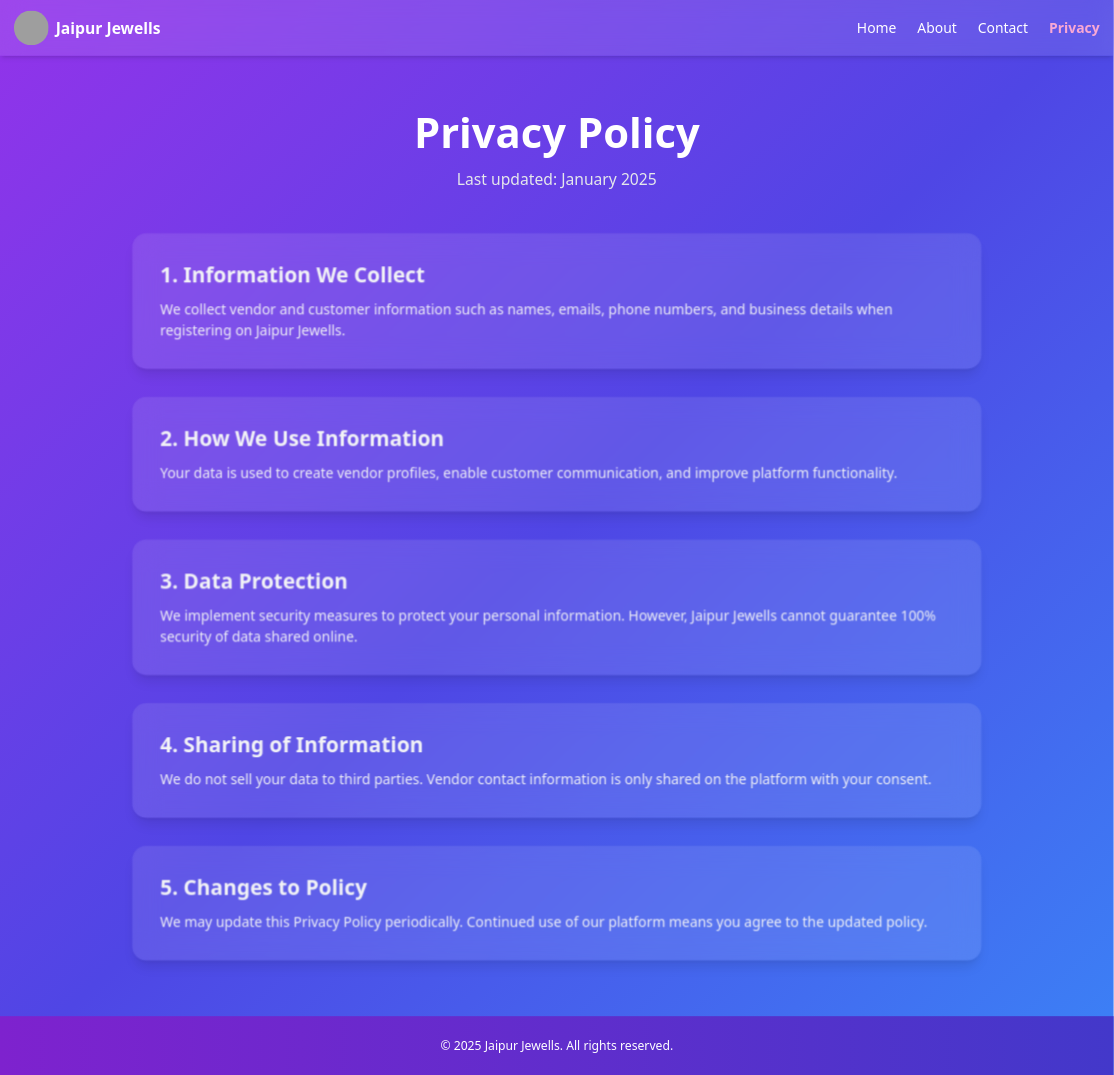
Repository: aayushtailor/VendorConnect
Page: privacy.html
These files come from the project's save history. The page is drawn as it stood at one moment and after the next save; the edit follows.
The browser window is 1280 px wide. The pictures show the whole page, at 87% of full size.
Pictures or frames that could not be fetched are drawn as grey boxes. Some web libraries are served in a nearby version.

Above is the page before, as saved 2025-09-20 11:56:36.

After the next save:
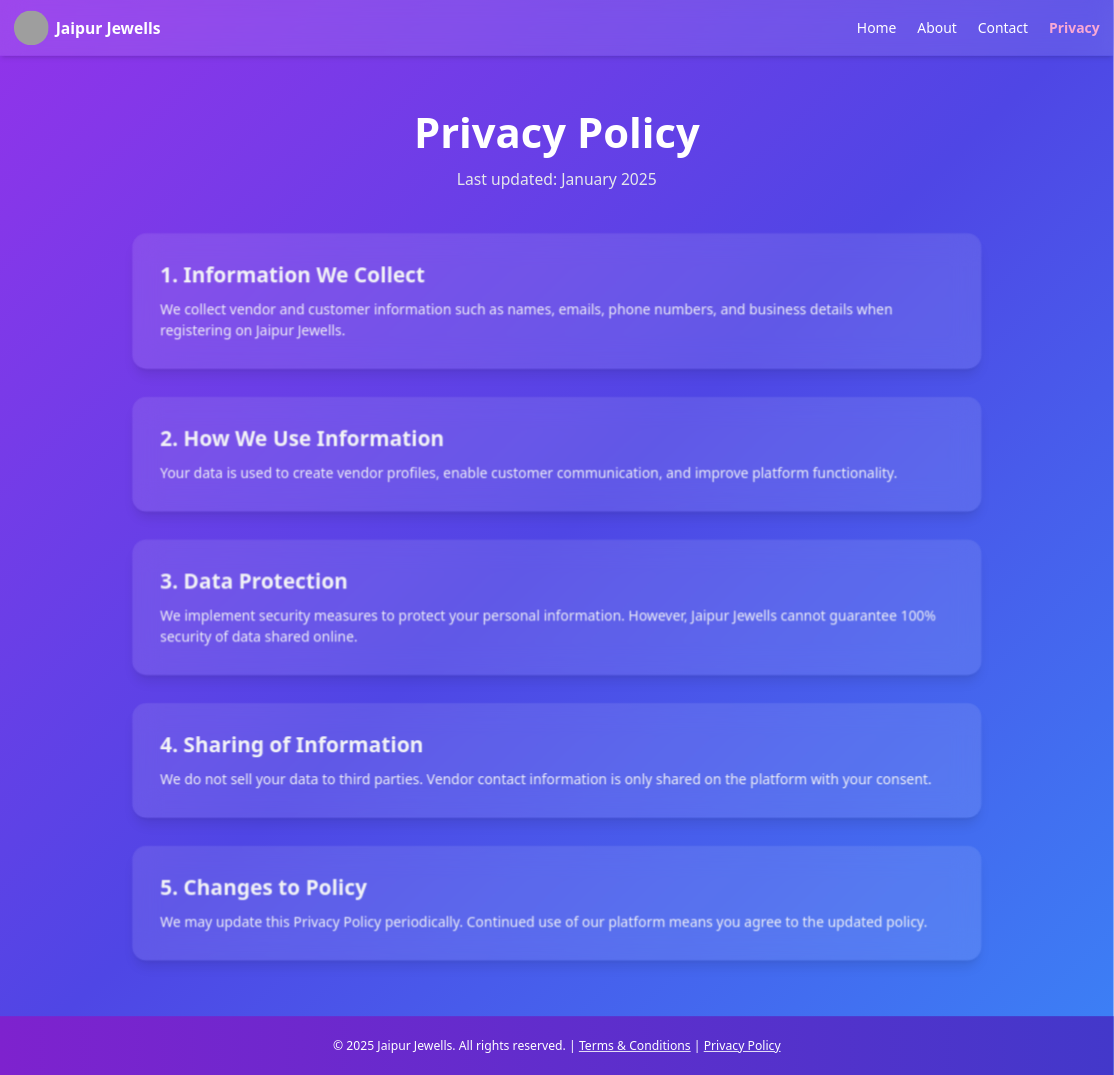
Saved 30 s later.
--- a/privacy.html
+++ b/privacy.html
@@ -58,9 +58,14 @@
     </div>
   </section>
 
-  <!-- Footer -->
-  <footer class="bg-gradient-to-r from-purple-700 to-indigo-700 text-center py-6">
-    <p class="text-sm">&copy; 2025 Jaipur Jewells. All rights reserved.</p>
-  </footer>
+ <!-- Footer -->
+<footer class="bg-gradient-to-r from-purple-700 to-indigo-700 text-center py-6">
+  <p class="text-sm">
+    &copy; 2025 Jaipur Jewells. All rights reserved. |
+    <a href="terms.html" class="underline hover:text-yellow-300">Terms & Conditions</a> |
+    <a href="privacy.html" class="underline hover:text-yellow-300">Privacy Policy</a>
+  </p>
+</footer>
+
 </body>
 </html>
